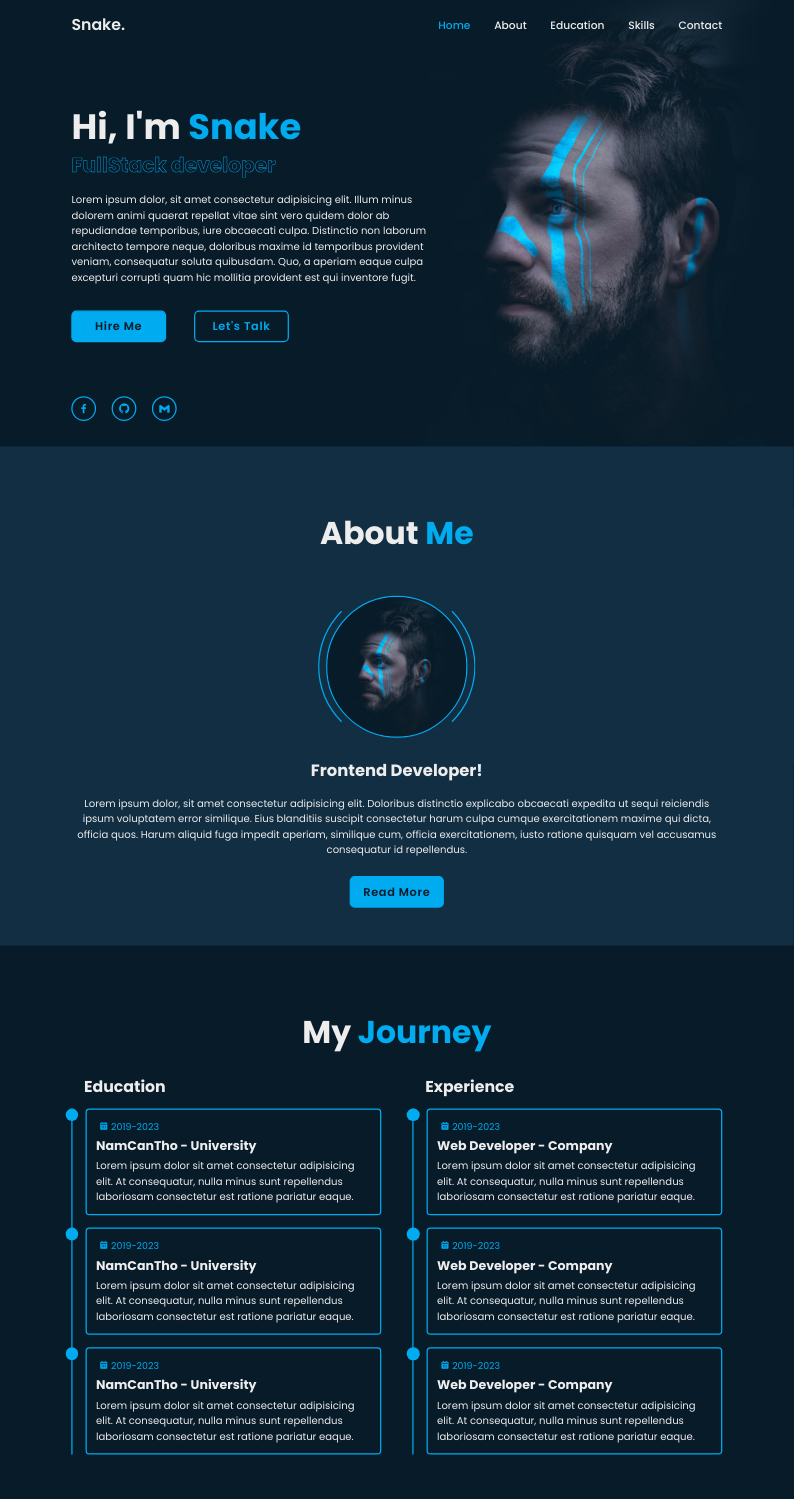
Repository: Tanty102/About_Me
Page: index.html
These files come from the project's save history. The page is drawn as it stood at one moment and after a run of saves; the edit follows.
The browser window is 1280 px wide. The pictures show the whole page, at 62% of full size.

Above is the page before, as saved 2023-09-12 18:50:05.

After the next 3 saves:
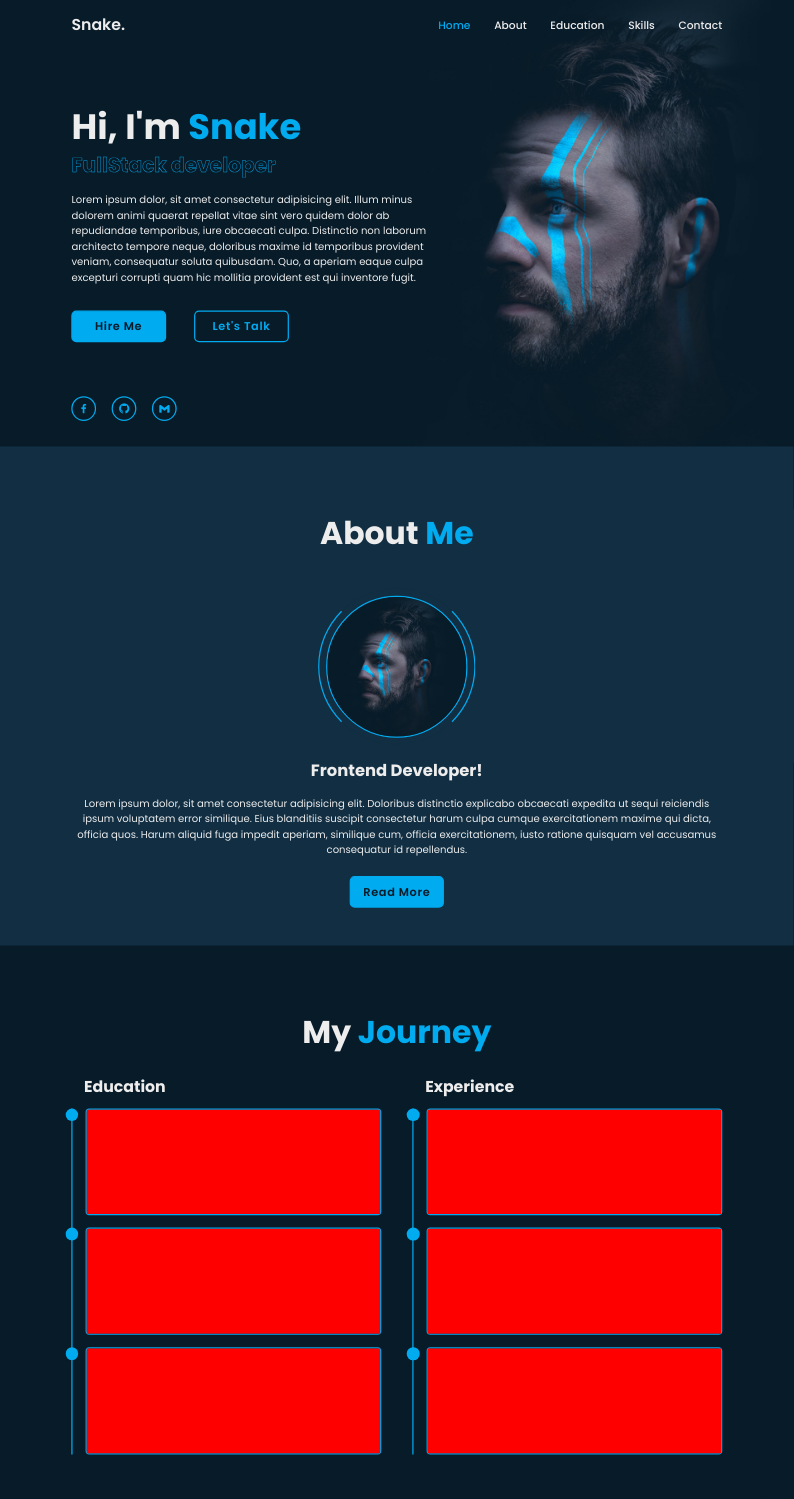
The 3 saves are shown as one change because they came seconds apart.
The last was saved 13 s later.
--- a/style.css
+++ b/style.css
@@ -354,7 +354,10 @@ span {
   content: '';
   position: absolute;
   top: 0;
-
+  left: 0;
+  width: 100%;
+  height: 100%;
+  background: red;
 }
 
 .education-content .content .year {
